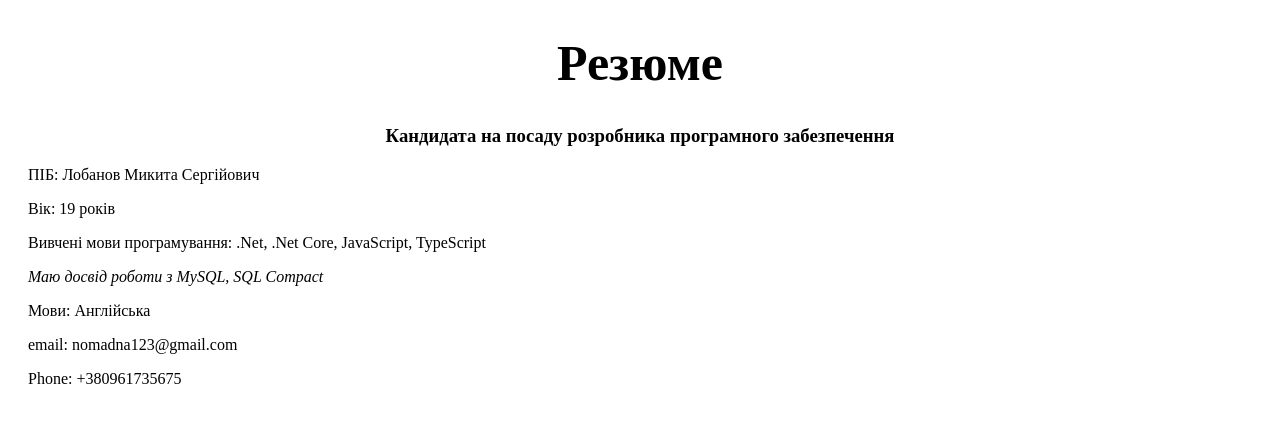
Repository: sMoonBeam/Labs
Page: AboutAuthor/WebContent/about.html
The author's editor kept a copy of each file at every save. The page is drawn from the files as they stood at one save, then again after the next save.
The browser window is 1280 px wide. The pictures show the whole page.

Above is the page before, as saved 2019-10-16 20:12:21.

### AboutAuthor/WebContent/about.html
<!DOCTYPE html>
<html>
	<head>
		<meta charset="utf-8" />
		<title>Резюме</title>
		<link href="style.css" rel="stylesheet">
	</head>
	<body>
	<div align=center>
		<h1 style="font-size:50px;">Резюме</h1>
		<h3>Кандидата на посаду розробника програмного забезпечення</h3>
	</div>
		<p style="text-indent:20px">ПIБ: Лобанов Микита Сергійович</p>
		<p style="text-indent:20px">Вiк: 19 рокiв</p>
		<p style="text-indent:20px">Вивченi мови програмування: .Net, .Net Core, JavaScript, TypeScript</p>
		<i><p style="text-indent:20px">Маю досвiд роботи з MySQL, SQL Compact</p></i>
		<p style="text-indent:20px">Мови: Англiйська</p>

		<p style="text-indent:20px">email: nomadna123@gmail.com</p>
		<p style="text-indent:20px">Phone: +380961735675</p>
	</body>
</html>

Loaded but not shown: AboutAuthor/WebContent/style.css (no copy from this time; the picture is the same without it)

After the next save:
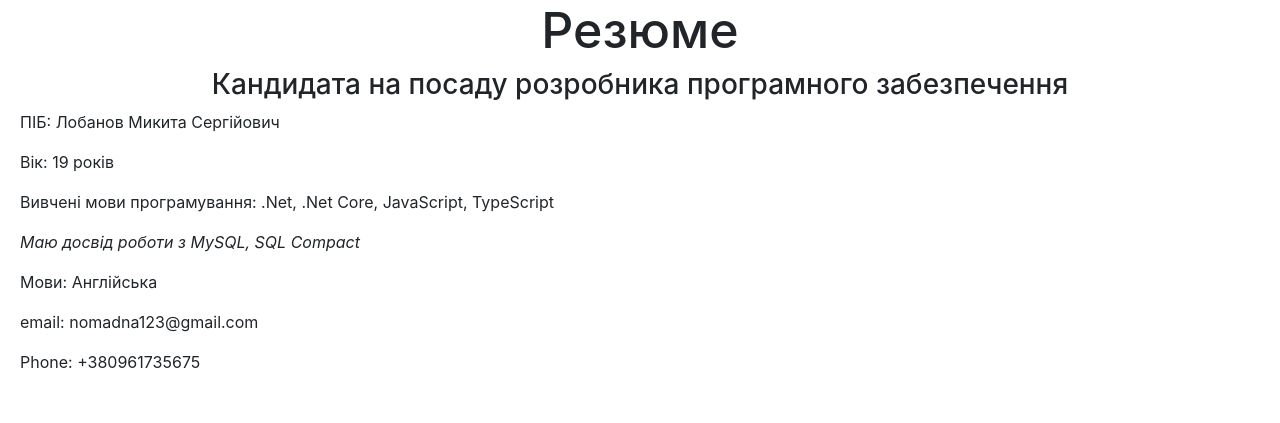
Saved 69 s later.
--- a/AboutAuthor/WebContent/about.html
+++ b/AboutAuthor/WebContent/about.html
@@ -4,6 +4,7 @@
 		<meta charset="utf-8" />
 		<title>Резюме</title>
 		<link href="style.css" rel="stylesheet">
+		<link href="https://stackpath.bootstrapcdn.com/bootstrap/4.3.1/css/bootstrap.min.css" rel="stylesheet">
 	</head>
 	<body>
 	<div align=center>
